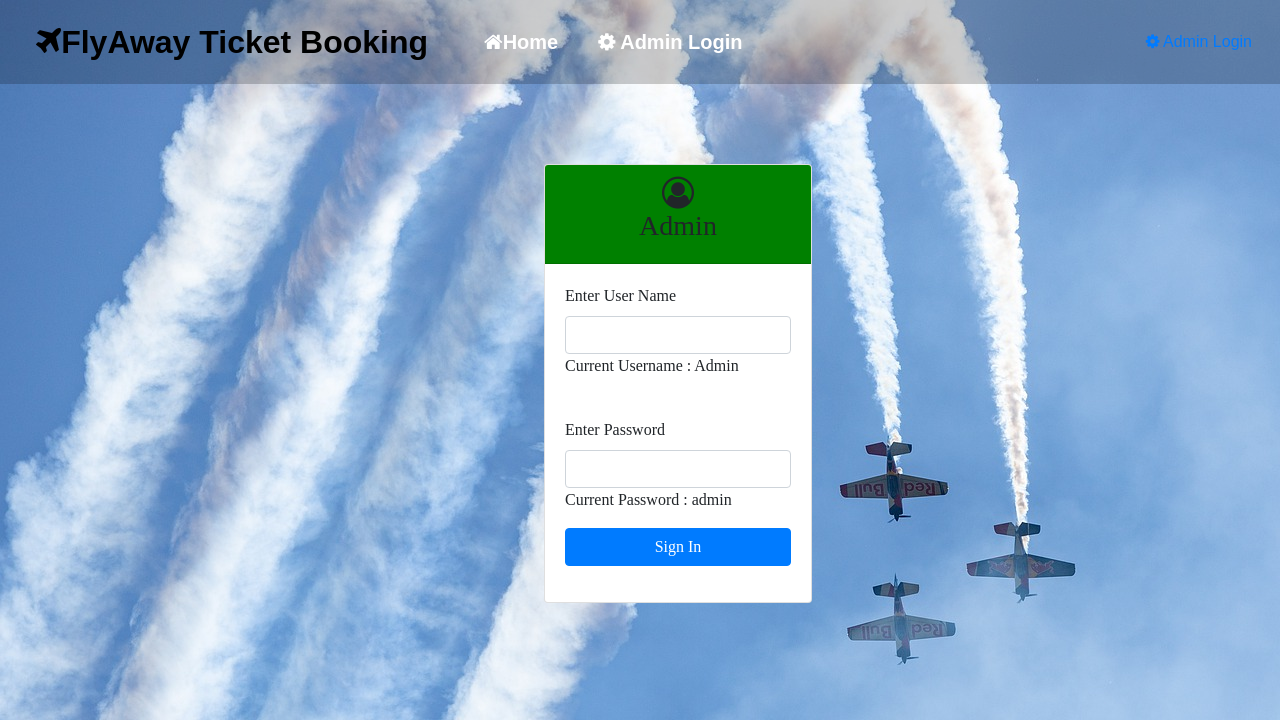
Repository: sayrabano/Phase2-project
Page: http://localhost/FlyAway/Login.jsp
The author's editor kept a copy of each file at every save. The page is drawn from the files as they stood at one save, then again after the next save.
The browser window is 1280 px wide. The pictures show the whole page.
Some web fonts or font styles are not loaded; a fallback is used. The page is served by Tomcat 9.

Above is the page before, as saved 2021-09-23 18:37:13.

After the next save:
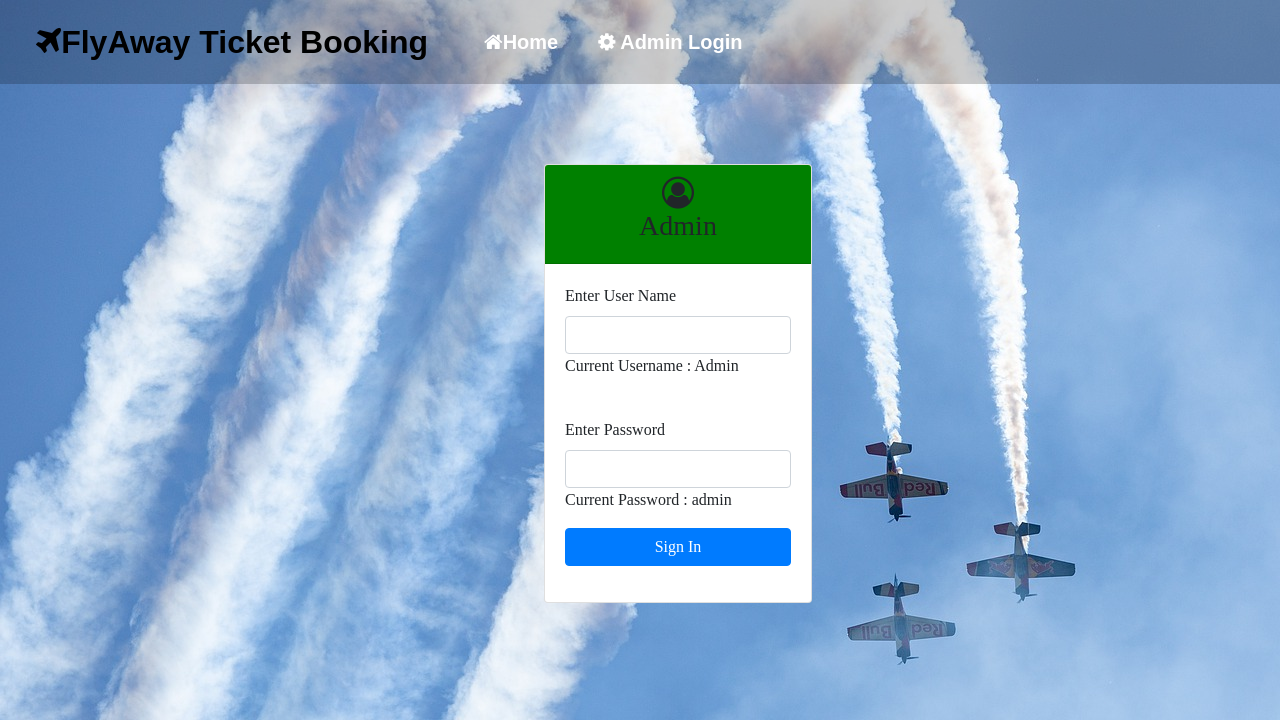
Saved 94 s later.
--- a/FlyAway/src/main/webapp/Login.jsp
+++ b/FlyAway/src/main/webapp/Login.jsp
@@ -56,10 +56,7 @@
 
 
 			</ul>
-			<div id="gear">
-				<a href="Login.jsp" class="link"><i class="fa fa-gear"></i>
-					Admin Login</a>
-			</div>
+
 
 
 
